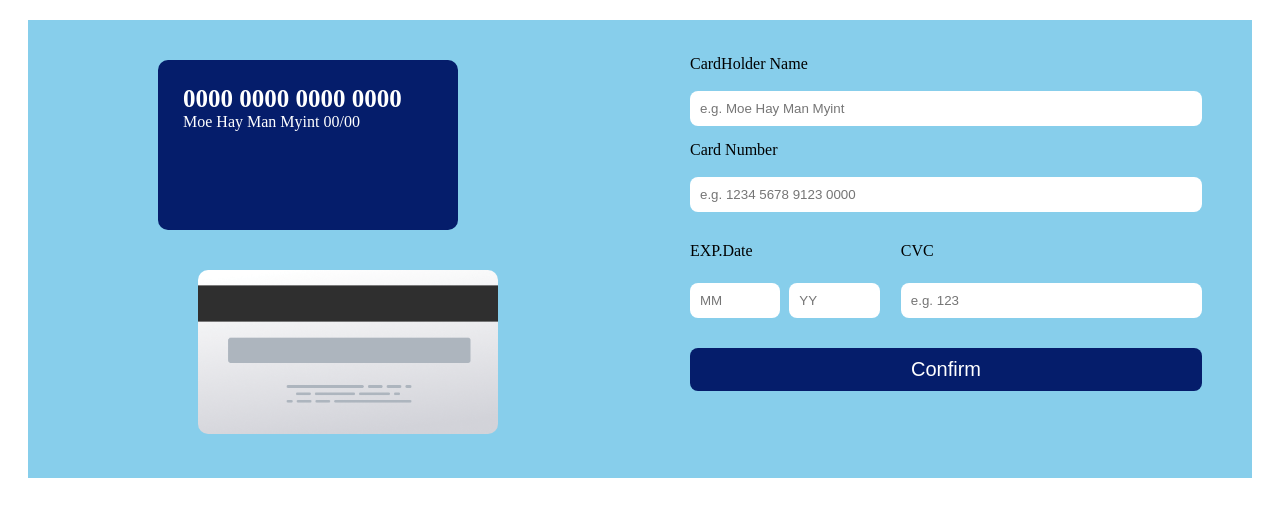
Repository: moehaymanmyint/Interactive-Card-Details-Form
Page: index.html
The author's editor kept a copy of each file at every save. The page is drawn from the files as they stood at one save, then again after the next save.
The browser window is 1280 px wide. The pictures show the whole page.

Above is the page before, as saved 2024-10-16 22:31:40.

### index.html
<!DOCTYPE html>
<html lang="en">
<head>
    <meta charset="UTF-8">
    <meta name="viewport" content="width=device-width, initial-scale=1.0">
    <title>Interactive Card Details Form</title>
    <link rel="stylesheet" href="style.css">
</head>
<body>
    <div class="container">
        <!-- Left Side -->
    <div class="left-container">
        <div class="front-card">
            <div class="number">0000 0000 0000 0000</div>
            <span class="name">Moe Hay Man Myint</span>
            <span class="date">00/00</span>
        </div>
        <div class="back-card">
            <img src="./img/bg-card-back.png" alt="">
        </div>
    </div>

    <!-- Right Side -->
    <div class="right-container">
        <form action="">
            <div class="card-name">
                <label for="">CardHolder Name</label><br>
                <input type="text" placeholder="e.g. Moe Hay Man Myint" class="card-input">
            </div>
            <div class="card-number">
                <label for="">Card Number</label><br>
                <input type="number" placeholder="e.g. 1234 5678 9123 0000" class="card-input">
            </div>
            <div class="card-info">
                <div class="" style="width: 40%;">
                    <label for="">EXP.Date</label><br>
                    <input type="text" placeholder="MM" class="card-date">
                    <input type="text" placeholder="YY" class="card-date">
                </div>
                <div class="cvc" style="width: 60%;">
                    <label for="">CVC</label><br>
                    <input type="number" placeholder="e.g. 123" class="card-cvc">
                </div>
            </div>

            <div class="btn">
                <input type="submit" value="Confirm" class="confirm-btn">
            </div>
        </form>
    </div>
    </div>
</body>
</html>

### style.css
.container{
    background-color: skyblue;
    display: flex;
    justify-content: center;
    margin: 20px;
}

.left-container,
.right-container {
    margin: 20px 50px;
    width: 50%;
}

.front-card{
    background-color: rgb(5, 29, 107);
    color: white;
    padding: 25px;
    border-radius: 10px;
    height: 120px;
    width: 250px;
    margin: 20px 80px;
}

.front-card .number{
    font-size: 25px;
    font-weight: bold;
}

.back-card img{
    width: 300px;
    margin: 20px 40px;
    border-radius: 10px;
    margin-left: 120px;
}

.right-container div{
    margin: 15px 0;
}

.card-input {
    width: 100%;
    border: none;
    padding: 10px;
    border-radius: 8px;
    box-sizing: border-box;
}

.card-date {
    width: 45%;
    margin-top: 5px;
    margin-right: 5px;
    border: none;
    padding: 10px;
    border-radius: 8px;
    box-sizing: border-box;
}

.card-cvc {
    width: 100%;
    margin-top: 5px;
    border: none;
    padding: 10px;
    border-radius: 8px;
    box-sizing: border-box;
}

.confirm-btn {
    width: 100%;
    padding: 10px;
    border-radius: 8px;
    border: none;
    background-color: rgb(5, 29, 107);
    font-size: 20px;
    color: white;
    cursor: pointer;
}

.card-info {
    display: flex;
    justify-content: space-between;
    gap: 10px;
}

label{
    display: flex;
}

After the next save:
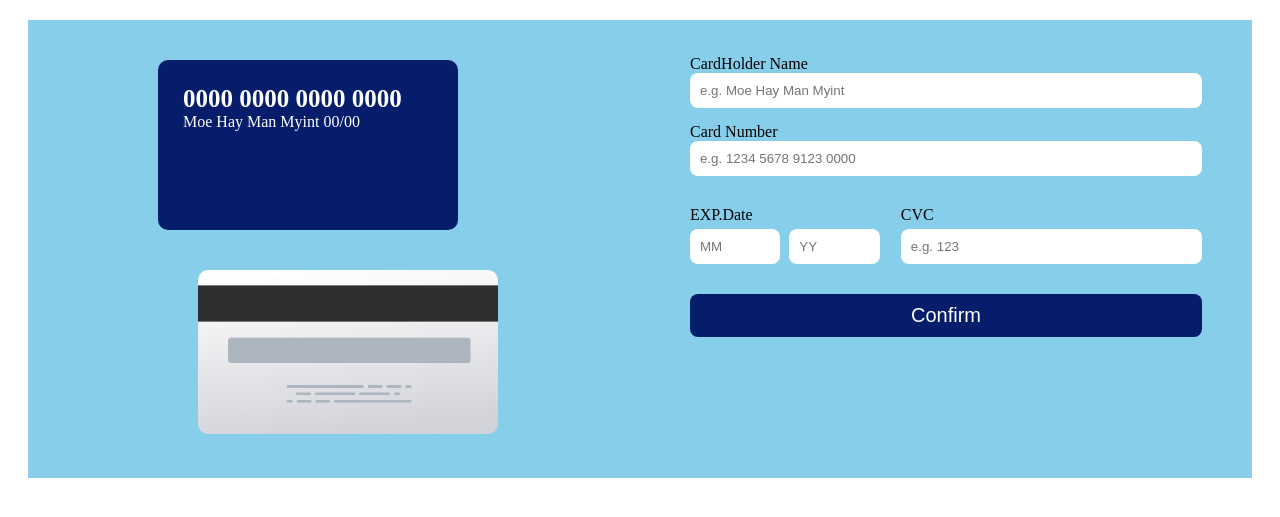
Saved 16 s later.
--- a/style.css
+++ b/style.css
@@ -82,5 +82,5 @@
 }
 
 label{
-    display: flex;
+    padding-bottom: 10px;
 }
